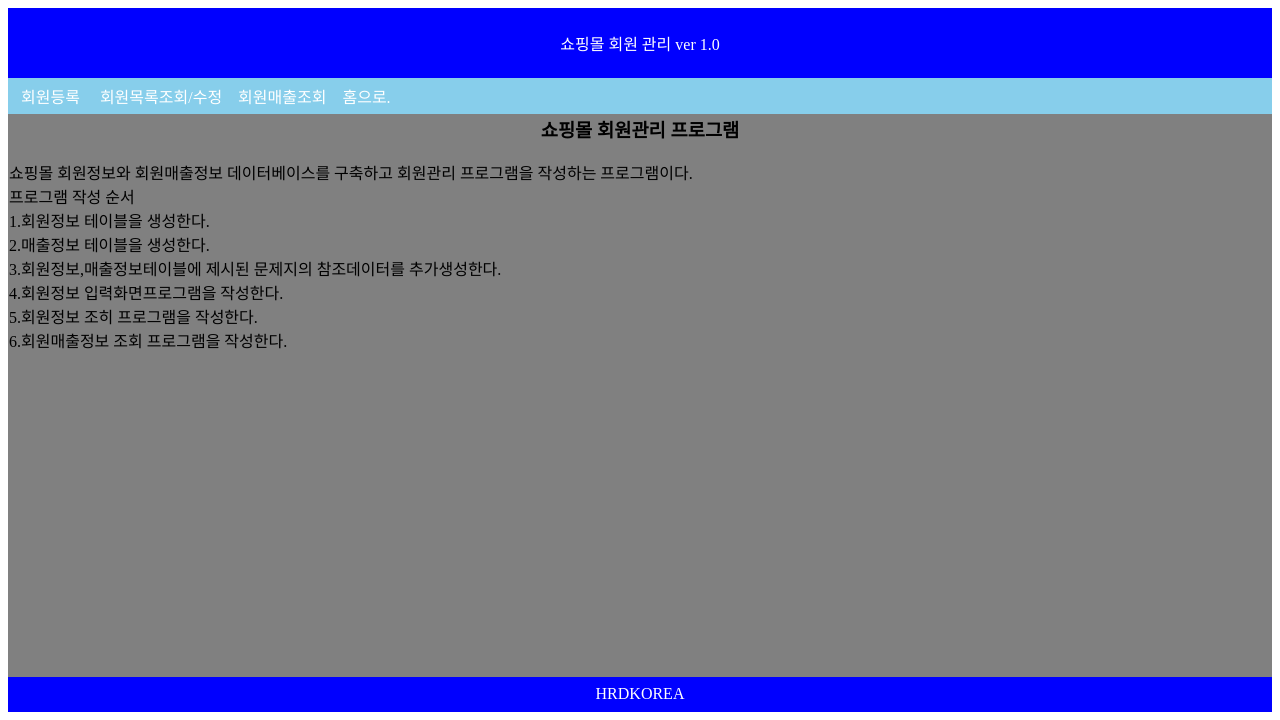
Repository: choigobin/Programming
Page: http://localhost/HRD1118/
The author's editor kept a copy of each file at every save. The page is drawn from the files as they stood at one save, then again after the next save.
The browser window is 1280 px wide. The pictures show the whole page.
The page is served by Tomcat 9. Other server files are loaded and not shown.

Above is the page before, as saved 2019-11-18 04:10:51.

### YangJung/workspace/HRD1118/WebContent/index.jsp
<%@ page language="java" contentType="text/html; charset=UTF-8"
    pageEncoding="UTF-8"%>
<html>
<head>
<style>
table {
	height: 100%; width:100%;
	border-collapse: collapse;
	border: solid 0px;
	}
tr,td{
	border: solid 0px;
	}
a{
	color: white;
	text-decoration: none;
}
</style>
<meta charset="UTF-8">
<title>Insert title here</title>
</head>
<body>
<table>
<jsp:include page="header.jsp"/>
<jsp:include page="nav.jsp"/>
<tr>
<td valign="top" bgcolor="gray">
<h3 align="center">쇼핑몰 회원관리 프로그램</h3>
쇼핑몰 회원정보와 회원매출정보 데이터베이스를 구축하고 회원관리 프로그램을 작성하는 프로그램이다.<br/>
프로그램 작성 순서<br/>
1.회원정보 테이블을 생성한다.<br/>
2.매출정보 테이블을 생성한다.<br/>
3.회원정보,매출정보테이블에 제시된 문제지의 참조데이터를 추가생성한다.<br/>
4.회원정보 입력화면프로그램을 작성한다.<br/>
5.회원정보 조히 프로그램을 작성한다.<br/>
6.회원매출정보 조회 프로그램을 작성한다.
</td>
</tr>
<jsp:include page="footer.jsp"/>
</table>
</body>
</html>

### YangJung/workspace/HRD1118/WebContent/header.jsp
<%@ page language="java" contentType="text/html; charset=UTF-8"
    pageEncoding="UTF-8"%>
<tr id="t1" height="10%">
<td id="t1" bgcolor="blue" align="center">
<span style="color: white; font-size:'20px';">쇼핑몰 회원 관리 ver 1.0</span>
</td>
</tr>

### YangJung/workspace/HRD1118/WebContent/nav.jsp
<%@ page language="java" contentType="text/html; charset=UTF-8"
    pageEncoding="UTF-8"%>
<tr id="t1" height="5%">
<td id="t1" bgcolor="skyblue" align="left">
<span style="color: white;">&nbsp&nbsp
	<a href="insert.jsp">회원등록</a> &nbsp&nbsp&nbsp
	<a href="SQL_select.jsp">회원목록조회/수정</a>&nbsp&nbsp&nbsp
	<a href="#">회원매출조회</a>&nbsp&nbsp&nbsp
	<a href="index.jsp">홈으로.</a>&nbsp&nbsp&nbsp
</span>
</td>
</tr>

### YangJung/workspace/HRD1118/WebContent/footer.jsp
<%@ page language="java" contentType="text/html; charset=UTF-8"
    pageEncoding="UTF-8"%>
<tr id="t1" height="5%">
<td id="t1" bgcolor="blue" align="center">
<span style="color: white;">HRDKOREA</span>
</td>
</tr>

After the next save:
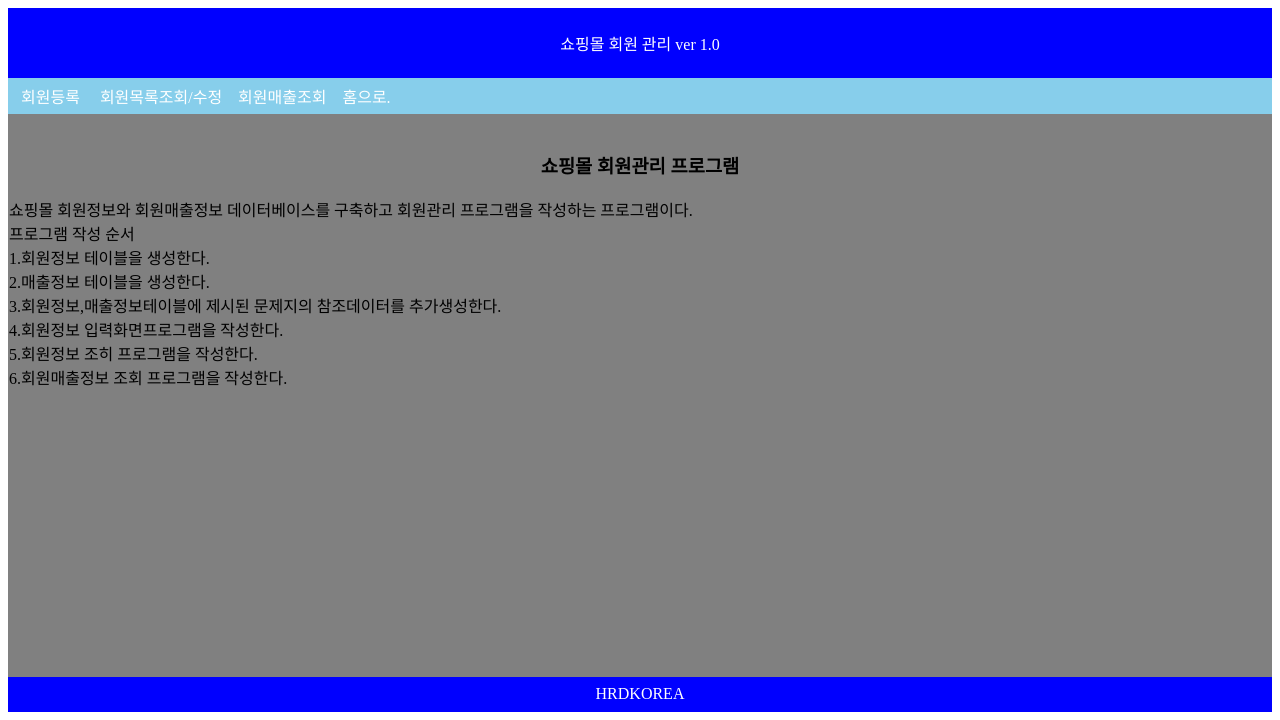
Saved 21 s later.
--- a/YangJung/workspace/HRD1118/WebContent/index.jsp
+++ b/YangJung/workspace/HRD1118/WebContent/index.jsp
@@ -3,13 +3,21 @@
 <html>
 <head>
 <style>
-table {
+#tb1{
 	height: 100%; width:100%;
 	border-collapse: collapse;
 	border: solid 0px;
 	}
+#t1{
+	border: solid 0px;
+	}
 tr,td{
-	border: solid 0px;
+	border: solid black 1px;
+	}
+#tb2{
+	width:75%;
+	border-collapse: separate;
+	border: solid black 1px;
 	}
 a{
 	color: white;
@@ -20,11 +28,12 @@ a{
 <title>Insert title here</title>
 </head>
 <body>
-<table>
+<table id="tb1">
 <jsp:include page="header.jsp"/>
 <jsp:include page="nav.jsp"/>
-<tr>
-<td valign="top" bgcolor="gray">
+<tr id="t1">
+<td valign="top" bgcolor="gray" id="t1">
+<br />
 <h3 align="center">쇼핑몰 회원관리 프로그램</h3>
 쇼핑몰 회원정보와 회원매출정보 데이터베이스를 구축하고 회원관리 프로그램을 작성하는 프로그램이다.<br/>
 프로그램 작성 순서<br/>
